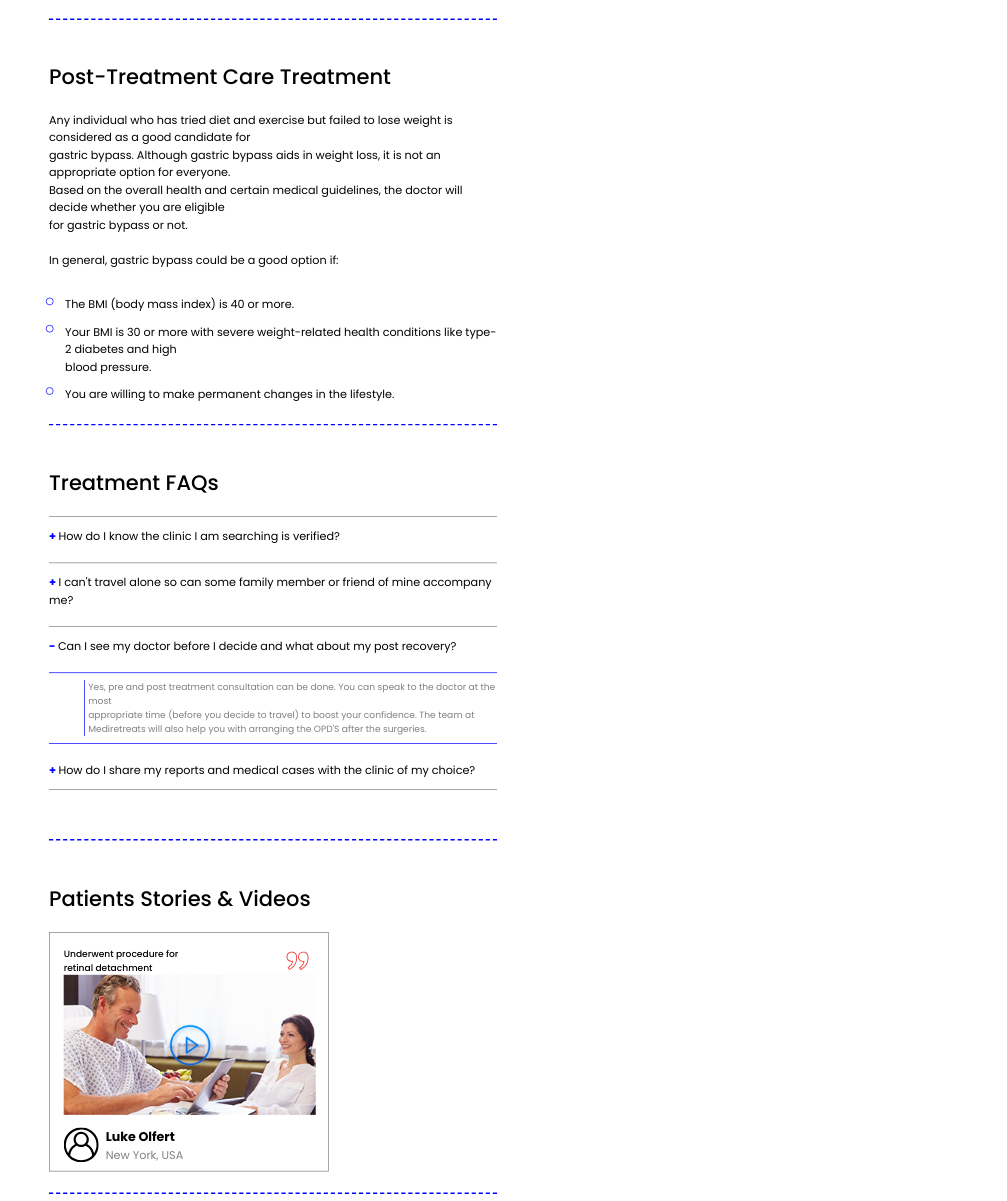
Repository: hetuk2005/webDevelopment
Page: Projects/Aafiya.html
These files come from the project's save history. The page is drawn as it stood at one moment and after the next save; the edit follows.
The browser window is 1280 px wide. The page is 1438 px wide, so the pictures cover 1438 px, including what lies to the right of the window. The pictures show the part of the page from y = 3552 to 5272 px (the page is 5267 px tall before and 5272 px after), at 70% of full size.
Some web fonts or font styles are not loaded; a fallback is used.

Above is the page before, as saved 2025-04-08 19:35:38.

After the next save:
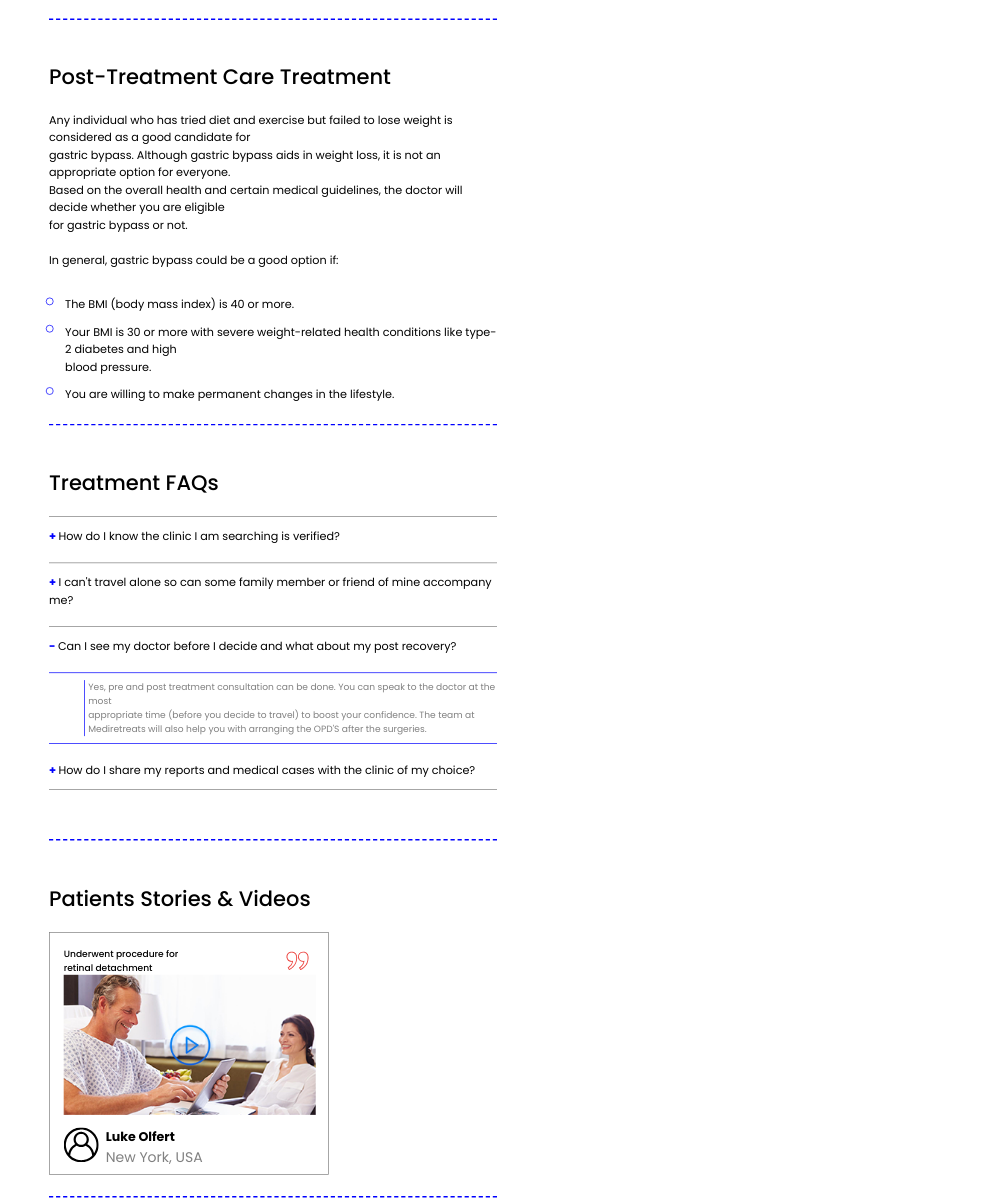
Saved 7 s later.
--- a/Projects/CSS/Aafiya.css
+++ b/Projects/CSS/Aafiya.css
@@ -550,6 +550,6 @@ nav {
 }
 
 .profile1>.flex>p {
-    font-size: medium;
+    font-size: 20px;
     color: gray;
 }
